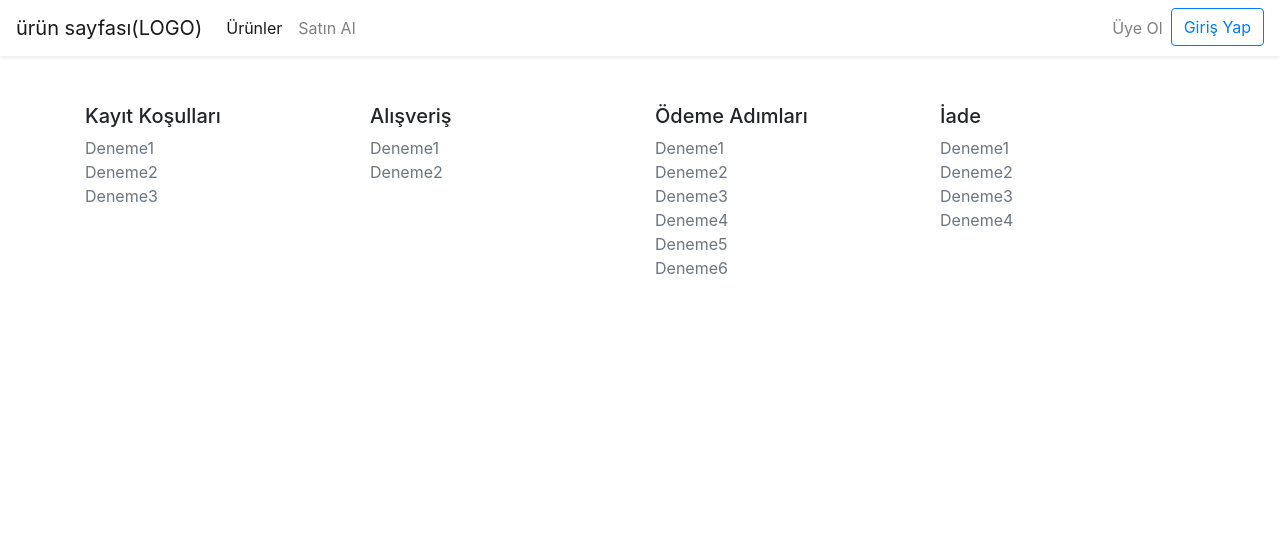
Repository: NergisAktug/E-Commerce-PythonWithFlask-Sqlite3
Page: http://localhost/üye
The author's editor kept a copy of each file at every save. The page is drawn from the files as they stood at one save, then again after the next save.
The browser window is 1280 px wide. The pictures show the whole page.
Some web libraries are served in a nearby version. The page is served by the project's application, run on Flask 3 (app.py).

Above is the page before, as saved 2018-11-30 21:58:28.

### templates/üye.html
<!doctype html>
<html lang="en">
  <head>
      <!-- Required meta tags -->
    <meta charset="utf-8">
    <meta name="viewport" content="width=device-width, initial-scale=1, shrink-to-fit=no">
    <link rel="stylesheet" href="https://use.fontawesome.com/releases/v5.5.0/css/all.css" integrity="sha384-B4dIYHKNBt8Bc12p+WXckhzcICo0wtJAoU8YZTY5qE0Id1GSseTk6S+L3BlXeVIU" crossorigin="anonymous">
    <!-- Bootstrap CSS -->
    <link rel="stylesheet" href="https://stackpath.bootstrapcdn.com/bootstrap/4.1.3/css/bootstrap.min.css" integrity="sha384-MCw98/SFnGE8fJT3GXwEOngsV7Zt27NXFoaoApmYm81iuXoPkFOJwJ8ERdknLPMO" crossorigin="anonymous">

    <title>Hello, world!</title>
  </head>
  <body>
    <nav class="navbar navbar-expand-lg navbar-light shadow-sm" >
        <a href="#" class="navbar-brand">ürün sayfası(LOGO)</a>
        <button class="navbar-toggler" type="button" data-toggle="collapse" data-target="#navbarMenü">
            <span class="navbar-toggler-icon"></span>
        </button>
        <div class="collapse navbar-collapse" id="navbarMenü">
            <ul class="navbar-nav mr-auto">
                <li class="nav-item">
                    <a href="#" class="nav-link active" >Ürünler</a>
                 </li>
                 <li class="nav-item">
                        <a href="#" class="nav-link">Satın Al</a>
                     </li>

                       </ul>
                       <ul class="navbar-nav">
                          <li class="nav-item">
                            <a href="#" class="nav-link">Üye Ol</a>
                           </li>
                           <li class="nav-item">
                              <a href="#" class="btn btn-outline-primary">Giriş Yap</a>
                             </li>
                       </ul>
             </div>

    </nav>
    <div class="container my-5">

    </div>

   <footer class="my-5">
<div class="container">
      <div class="row">
     <div class="col-6 col-md-3">
       <h5>Kayıt Koşulları</h5>
       <ul class="list-unstyled">
        <li><a href="#" class="text-muted">Deneme1</a></li>
        <li><a href="#" class="text-muted">Deneme2</a></li>
        <li><a href="#" class="text-muted">Deneme3</a></li>

        </ul>
     </div>

     <div class="col-6 col-md-3">
        <h5>Alışveriş</h5>
        <ul class="list-unstyled">
            <li><a href="#" class="text-muted">Deneme1</a></li>
            <li><a href="#" class="text-muted">Deneme2</a></li>

         </ul>
      </div>
      <div class="col-6 col-md-3">
          <h5>Ödeme Adımları</h5>
          <ul class="list-unstyled">
              <li><a href="#" class="text-muted">Deneme1</a></li>
              <li><a href="#" class="text-muted">Deneme2</a></li>
              <li><a href="#" class="text-muted">Deneme3</a></li>
              <li><a href="#" class="text-muted">Deneme4</a></li>
              <li><a href="#" class="text-muted">Deneme5</a></li>
              <li><a href="#" class="text-muted">Deneme6</a></li>
           </ul>
        </div>
        <div class="col-6 col-md-3">
            <h5>İade</h5>
            <ul class="list-unstyled">
                <li><a href="#" class="text-muted">Deneme1</a></li>
                <li><a href="#" class="text-muted">Deneme2</a></li>
                <li><a href="#" class="text-muted">Deneme3</a></li>
                <li><a href="#" class="text-muted">Deneme4</a></li>
             </ul>
          </div>
      </div>
</div>
   </footer>

    <!-- Optional JavaScript -->
    <!-- jQuery first, then Popper.js, then Bootstrap JS -->
    <script src="https://unpkg.com/aos@2.3.1/dist/aos.js"></script>
    <script src="https://code.jquery.com/jquery-3.3.1.slim.min.js" integrity="sha384-q8i/X+965DzO0rT7abK41JStQIAqVgRVzpbzo5smXKp4YfRvH+8abtTE1Pi6jizo" crossorigin="anonymous"></script>
    <script src="https://cdnjs.cloudflare.com/ajax/libs/popper.js/1.14.3/umd/popper.min.js" integrity="sha384-ZMP7rVo3mIykV+2+9J3UJ46jBk0WLaUAdn689aCwoqbBJiSnjAK/l8WvCWPIPm49" crossorigin="anonymous"></script>
    <script src="https://stackpath.bootstrapcdn.com/bootstrap/4.1.3/js/bootstrap.min.js" integrity="sha384-ChfqqxuZUCnJSK3+MXmPNIyE6ZbWh2IMqE241rYiqJxyMiZ6OW/JmZQ5stwEULTy" crossorigin="anonymous"></script>
    <script>
        AOS.init();
      </script>
  </body>
</html>

### app.py
from flask import Flask,render_template,request
import sqlite3
app=Flask(__name__)

@app.route('/')
def home():
    return render_template('/index.html')

@app.route('/üye')
def uye():
    return render_template('/üye.html')
if __name__=='__main__':
    app.run(debug=True)

After the next save:
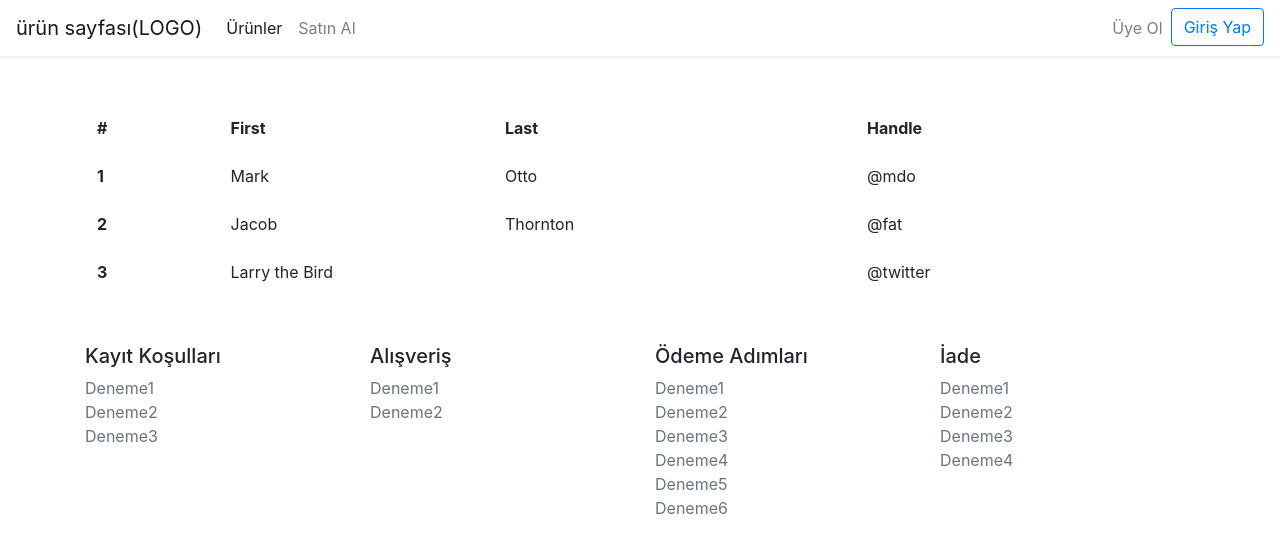
Saved 5 min 7 s later.
--- a/templates/üye.html
+++ b/templates/üye.html
@@ -38,6 +38,36 @@
 
     </nav>
     <div class="container my-5">
+
+            <table class="table table-borderless">
+                    <thead>
+                      <tr>
+                        <th scope="col">#</th>
+                        <th scope="col">First</th>
+                        <th scope="col">Last</th>
+                        <th scope="col">Handle</th>
+                      </tr>
+                    </thead>
+                    <tbody>
+                      <tr>
+                        <th scope="row">1</th>
+                        <td>Mark</td>
+                        <td>Otto</td>
+                        <td>@mdo</td>
+                      </tr>
+                      <tr>
+                        <th scope="row">2</th>
+                        <td>Jacob</td>
+                        <td>Thornton</td>
+                        <td>@fat</td>
+                      </tr>
+                      <tr>
+                        <th scope="row">3</th>
+                        <td colspan="2">Larry the Bird</td>
+                        <td>@twitter</td>
+                      </tr>
+                    </tbody>
+                  </table>
 
     </div>
 
